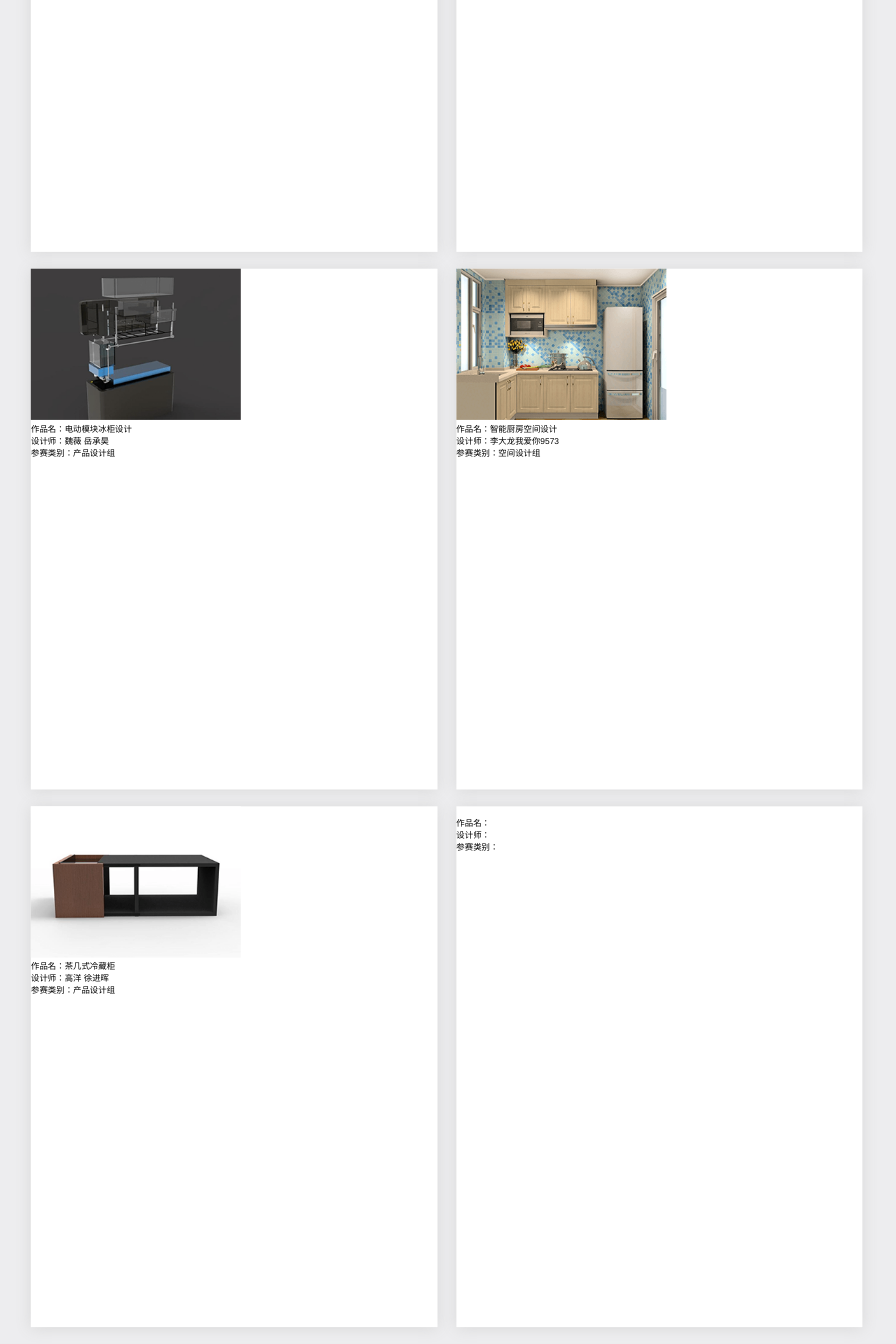
Repository: wangbiaozy/11.16
Page: pingxuan.html
The author's editor kept a copy of each file at every save. The page is drawn from the files as they stood at one save, then again after the next save.
The browser window is 1280 px wide. The pictures show the part of the page from y = 2507 to 4427 px (the page is 4427 px tall), at 70% of full size.

Above is the page before, as saved 2018-11-16 17:44:22.

After the next save:
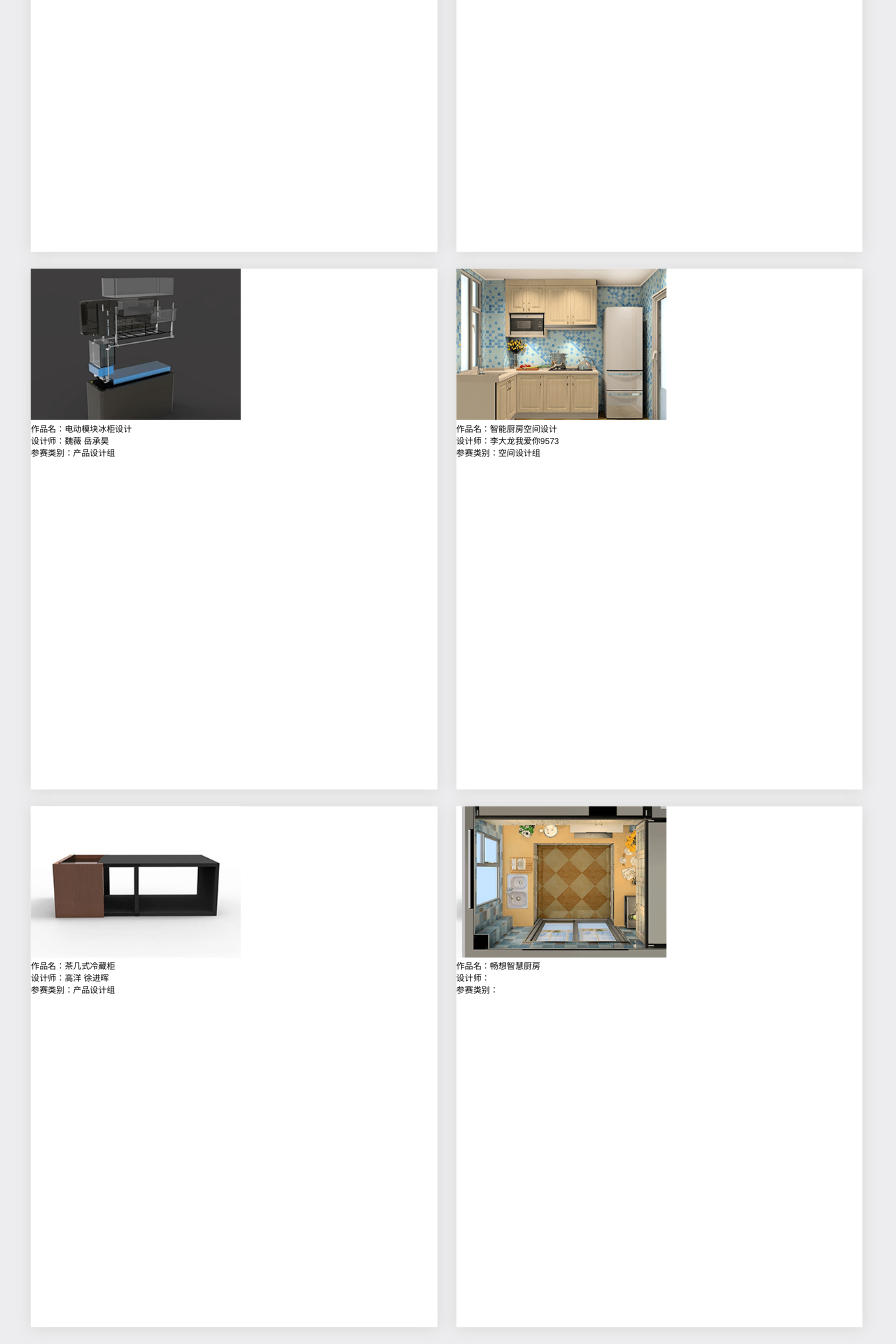
Saved 18 s later.
--- a/pingxuan.html
+++ b/pingxuan.html
@@ -88,8 +88,8 @@
                     <a href=""></a>
                 </li>
                 <li>
-                    <img src="" alt="">
-                    <p>作品名：<span></span></p>
+                    <img src="./images/zp_10.png" alt="">
+                    <p>作品名：<span>畅想智慧厨房</span></p>
                     <p>设计师：<span></span></p>
                     <p>参赛类别：<span></span></p>
                     <a class="zan" href="javascript:void(0)"></a>
